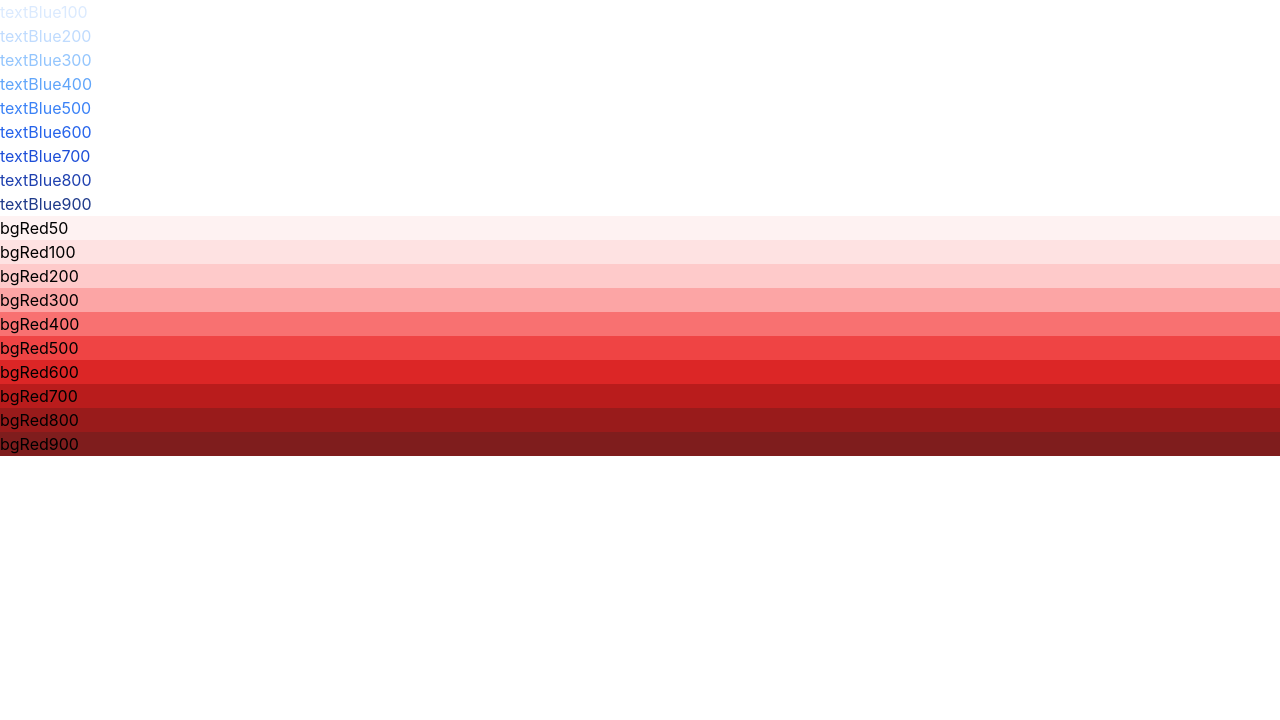
Repository: wogml3270/react-test-server
Page: /
The author's editor kept a copy of each file at every save. The page is drawn from the files as they stood at one save, then again after the next save.
The browser window is 1280 px wide. The pictures show the whole page.
The project was rebuilt for these pictures with package versions that can differ from the ones it lists, and the page was loaded fresh each time. Also part of the build but not shown: src/App.css.

Above is the page before, as saved 2022-08-04 20:21:30.

After the next save:
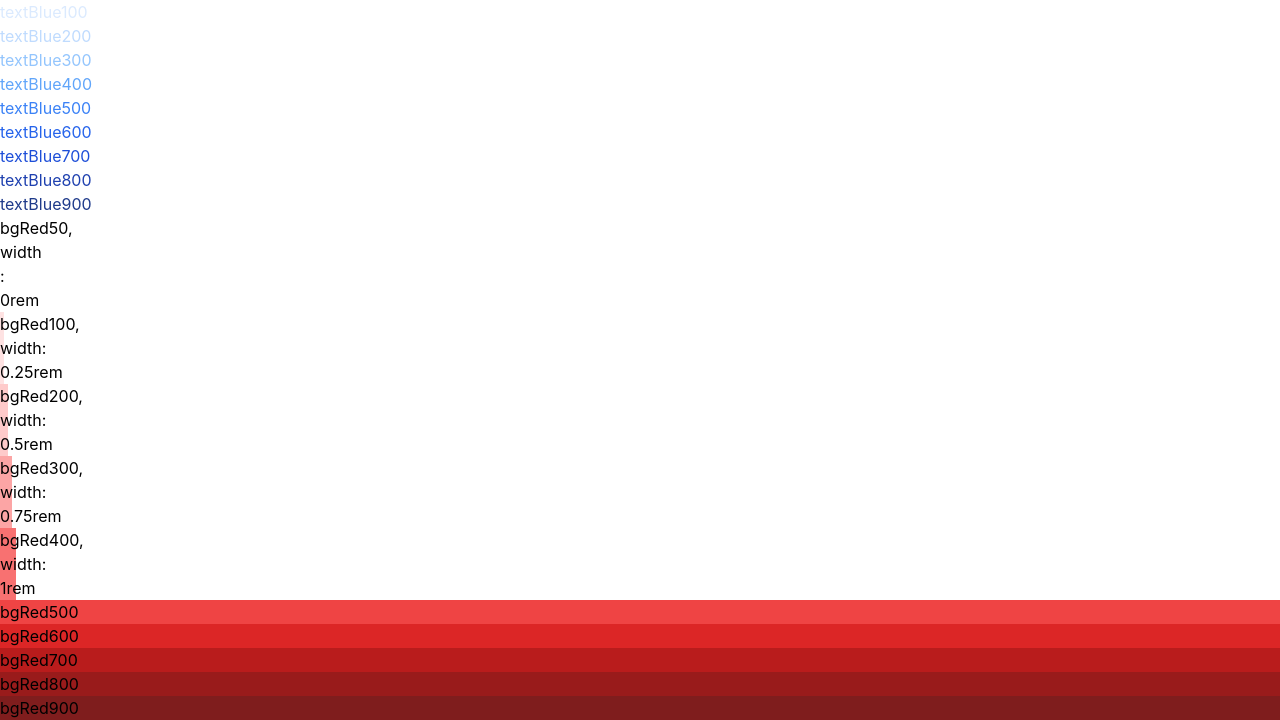
Saved 2 min 47 s later.
--- a/src/App.js
+++ b/src/App.js
@@ -14,11 +14,11 @@ function App() {
         <h1 className="text-blue-700">textBlue700</h1>
         <h1 className="text-blue-800">textBlue800</h1>
         <h1 className="text-blue-900">textBlue900</h1>
-        <h1 className="bg-red-50">bgRed50</h1>
-        <h1 className="bg-red-100">bgRed100</h1>
-        <h1 className="bg-red-200">bgRed200</h1>
-        <h1 className="bg-red-300">bgRed300</h1>
-        <h1 className="bg-red-400">bgRed400</h1>
+        <h1 className="bg-red-50 w-0">bgRed50, width : 0rem</h1>
+        <h1 className="bg-red-100 w-1">bgRed100, width: 0.25rem</h1>
+        <h1 className="bg-red-200 w-2">bgRed200, width: 0.5rem</h1>
+        <h1 className="bg-red-300 w-3">bgRed300, width: 0.75rem</h1>
+        <h1 className="bg-red-400 w-4">bgRed400, width: 1rem</h1>
         <h1 className="bg-red-500">bgRed500</h1>
         <h1 className="bg-red-600">bgRed600</h1>
         <h1 className="bg-red-700">bgRed700</h1>
